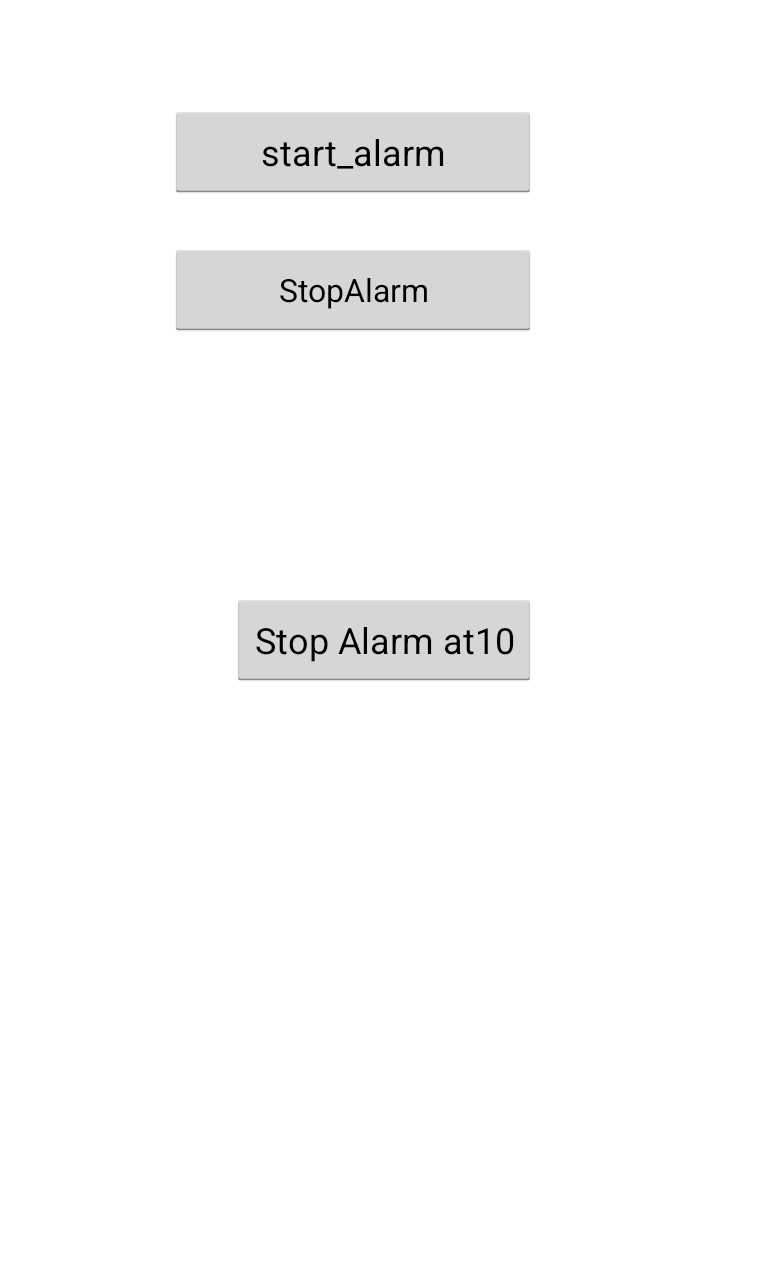
Repository: vinothknr1/aamec-mad-lab
Layout: alarm-app-1/res/layout/activity_main.xml
The author's editor kept a copy of each file at every save. The layout is drawn from the files as they stood at one save, then again after the next save.
It is drawn on a 768 x 1280 px phone screen (xhdpi) without system bars, with theme AppTheme; the app's code is not run.

Above is the layout before, as saved 2022-06-26 07:39:11.

After the next save:
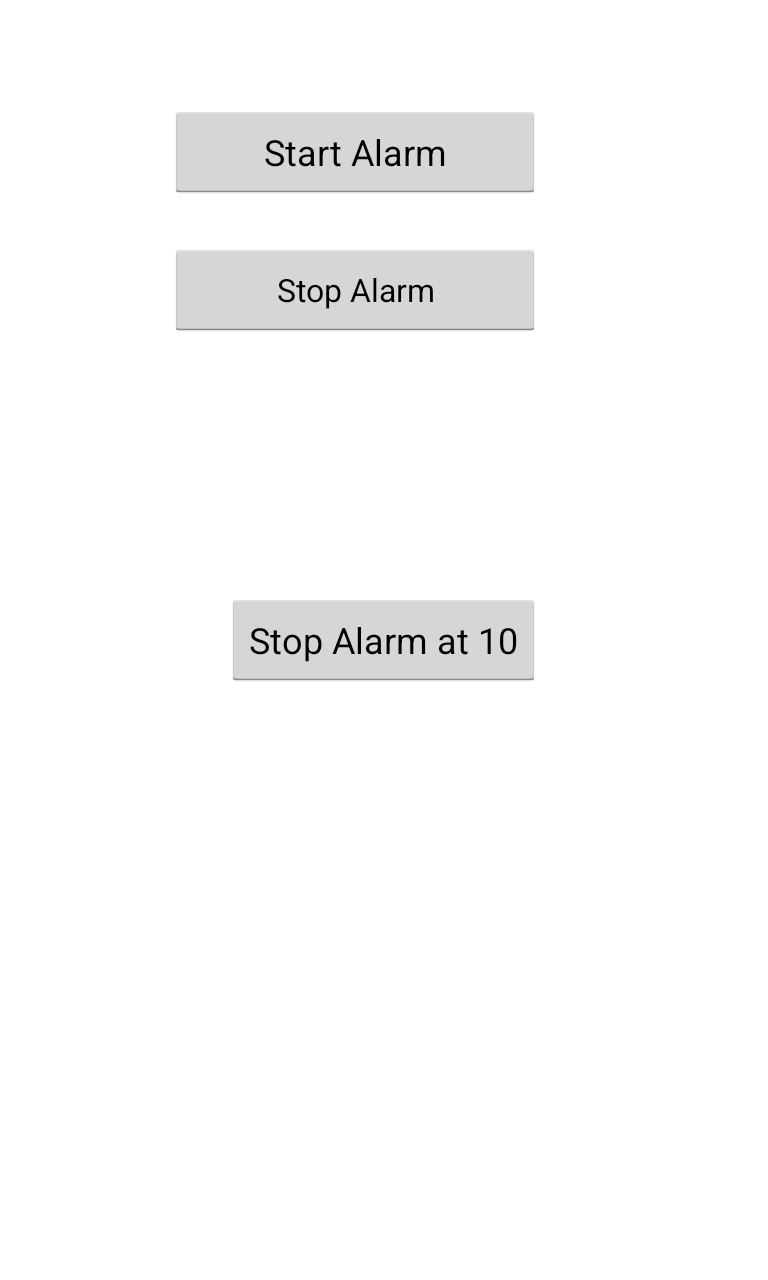
Saved 4 min 40 s later.
--- a/alarm-app-1/res/layout/activity_main.xml
+++ b/alarm-app-1/res/layout/activity_main.xml
@@ -17,7 +17,7 @@
      android:layout_alignRight="@+id/button3"
      android:layout_marginLeft="68dp"
      android:layout_marginTop="36dp"
-     android:text="start_alarm" />
+     android:text="Start Alarm" />
 
  <Button
      android:id="@+id/button2"
@@ -28,7 +28,7 @@
      android:layout_alignRight="@+id/button1"
      android:layout_below="@+id/button1"
      android:layout_marginTop="21dp"
-     android:text="StopAlarm"
+     android:text="Stop Alarm"
      android:textSize="@dimen/activity_horizontal_margin" />
 
  <Button
@@ -37,6 +37,6 @@
      android:layout_height="wrap_content"
      android:layout_centerHorizontal="true"
      android:layout_centerVertical="true"
-     android:text="Stop Alarm at10" />
+     android:text="Stop Alarm at 10" />
 
 </RelativeLayout>
